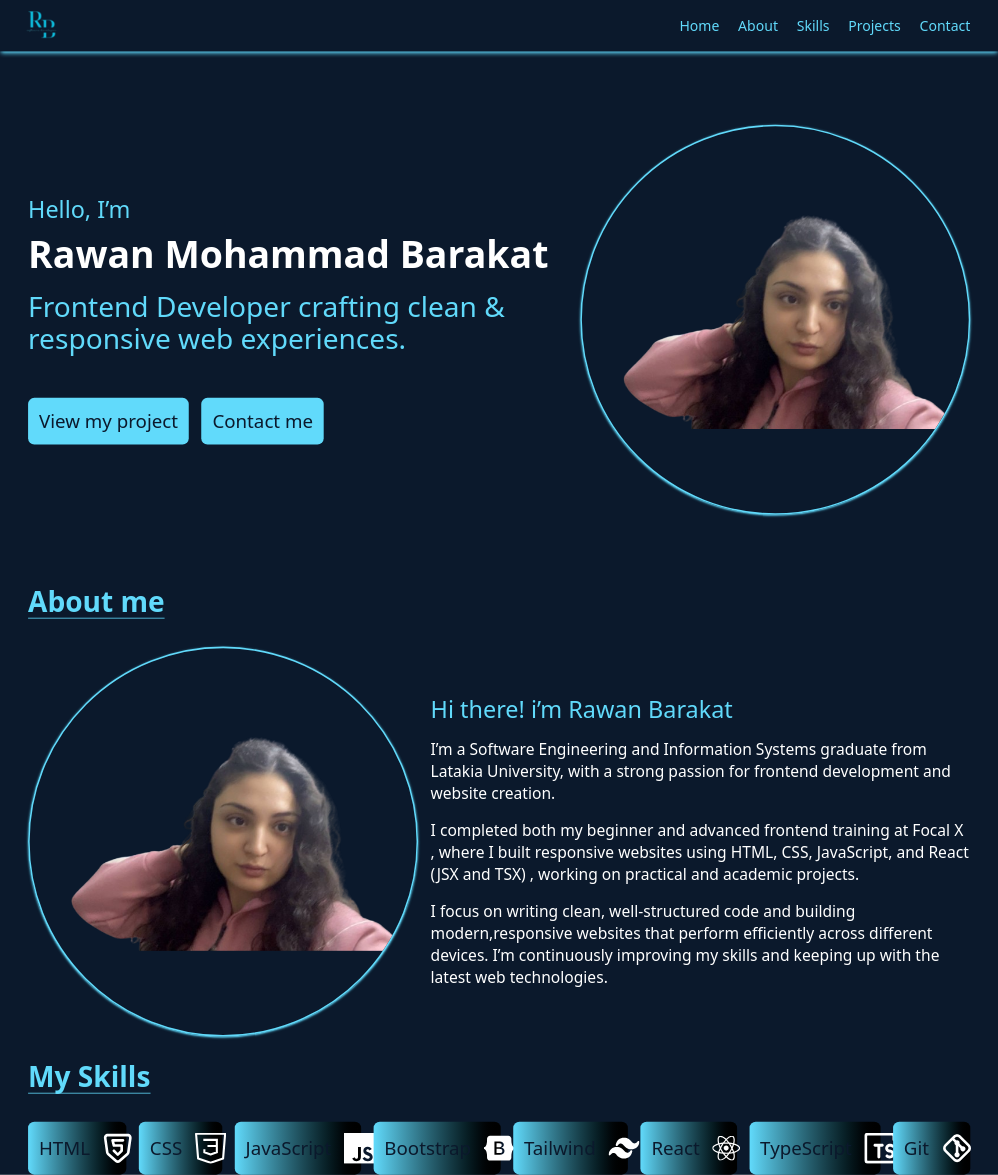
Repository: RawanBarakat-hub/portfolio
Page: /
These files come from the project's save history. The page is drawn as it stood at one moment and after the next save; the edit follows.
The browser window is 1280 px wide. The pictures show the whole page, at 78% of full size.
The project was rebuilt for these pictures with package versions that can differ from the ones it lists, and the page was loaded fresh each time. Also part of the build but not shown: vite.config.ts.

Above is the page before, as saved 2026-02-20 09:28:31.

After the next save:
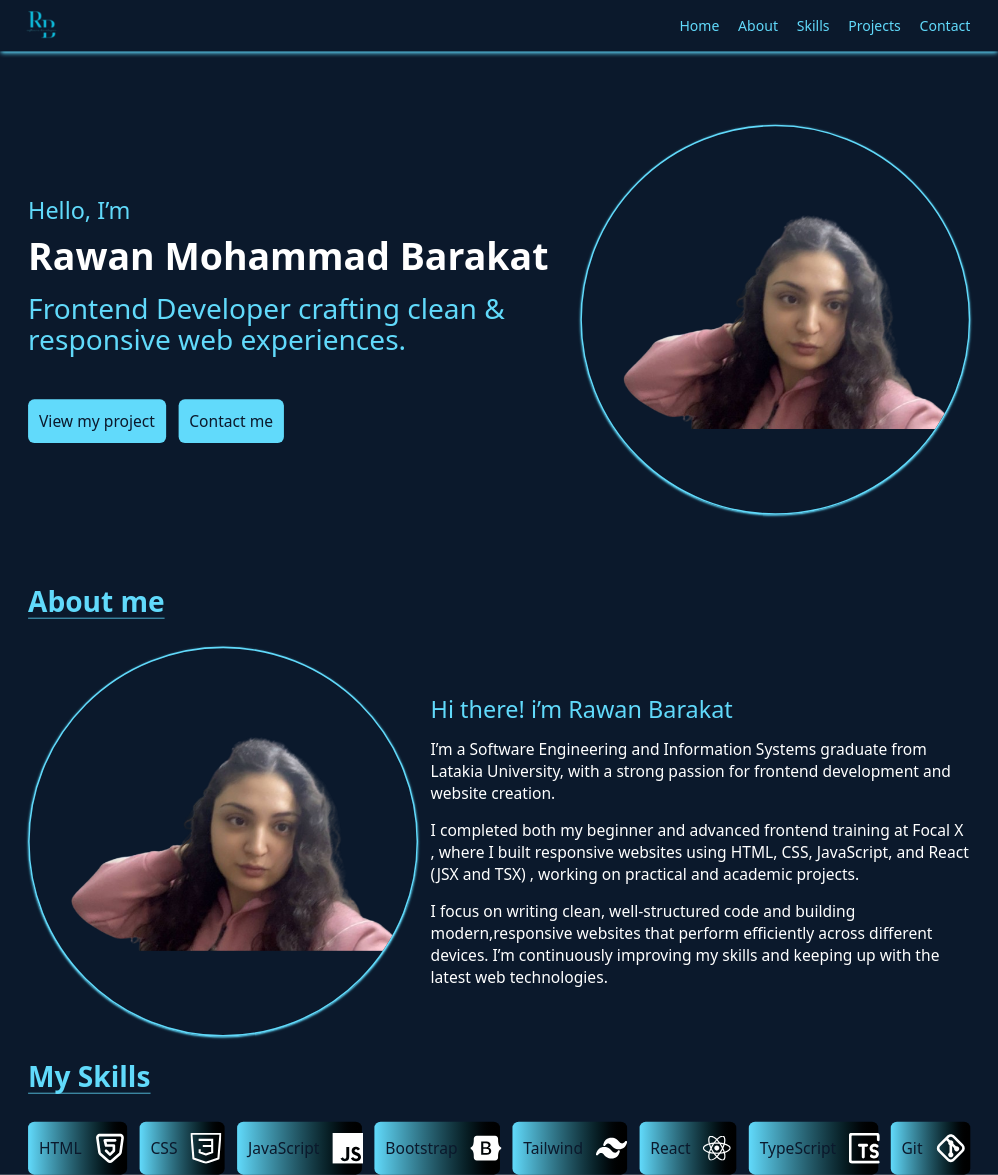
Saved 15 s later.
--- a/src/components/LinkBtn.tsx
+++ b/src/components/LinkBtn.tsx
@@ -4,7 +4,7 @@ const LinkBtn = ({url,text,image}:LinkProps) => {
     return (
             <Link className={`${image?"bg-linear-to-r from-primary-color to-black hover:scale-120":
                 "bg-primary-color hover:bg-hover-color"}
-            text-2xl text-background-color p-3.5 rounded-lg w-fit flex items-center
+            text-xl text-background-color p-3.5 rounded-lg w-fit flex items-center
             gap-4 transition-all`} to={url}>{text}
             {image && <img className='w-10' src={image?.source} alt={image?.alternative} />}</Link>
     )
